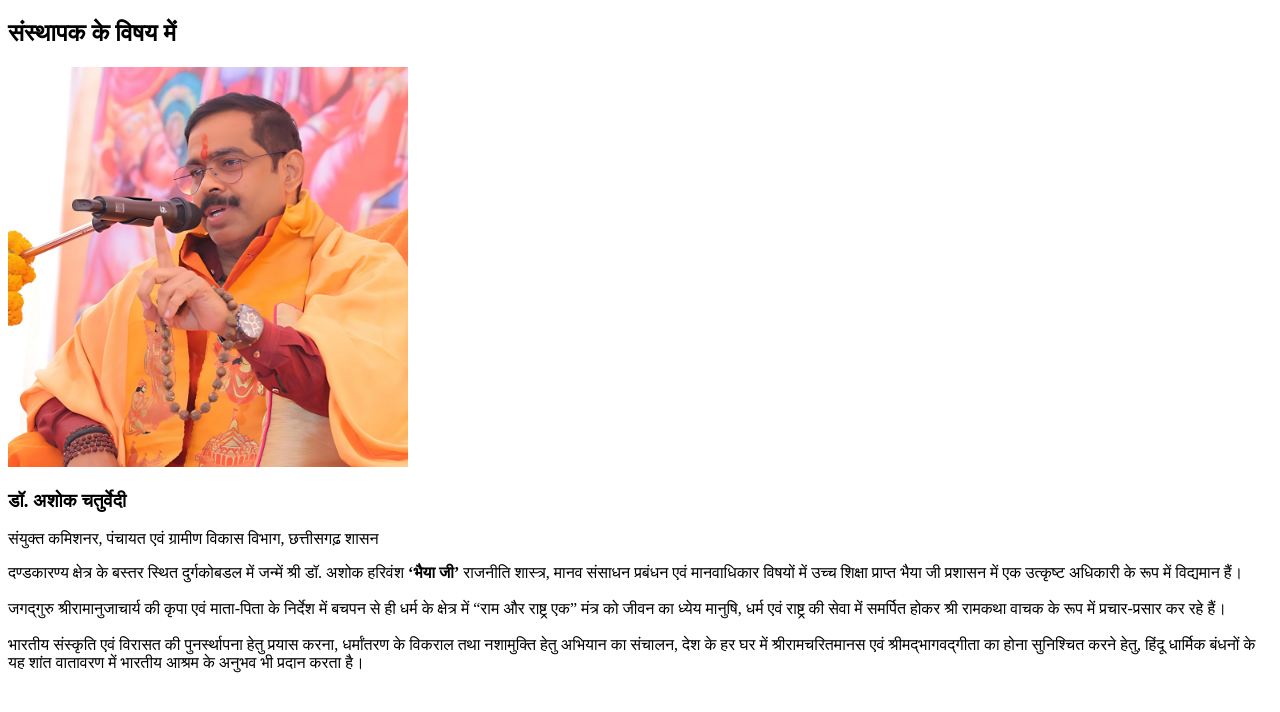
Repository: as-avni/lokmeeram
Page: /founder
The author's editor kept a copy of each file at every save. The page is drawn from the files as they stood at one save, then again after the next save.
The browser window is 1280 px wide. The pictures show the whole page.
The project was rebuilt for these pictures with package versions that can differ from the ones it lists, and the page was loaded fresh each time. The framework's server and built-in components were replaced by stand-ins that run in the browser. Also part of the build but not shown: next.config.ts.

Above is the page before, as saved 2025-06-27 05:46:08.

After the next save:
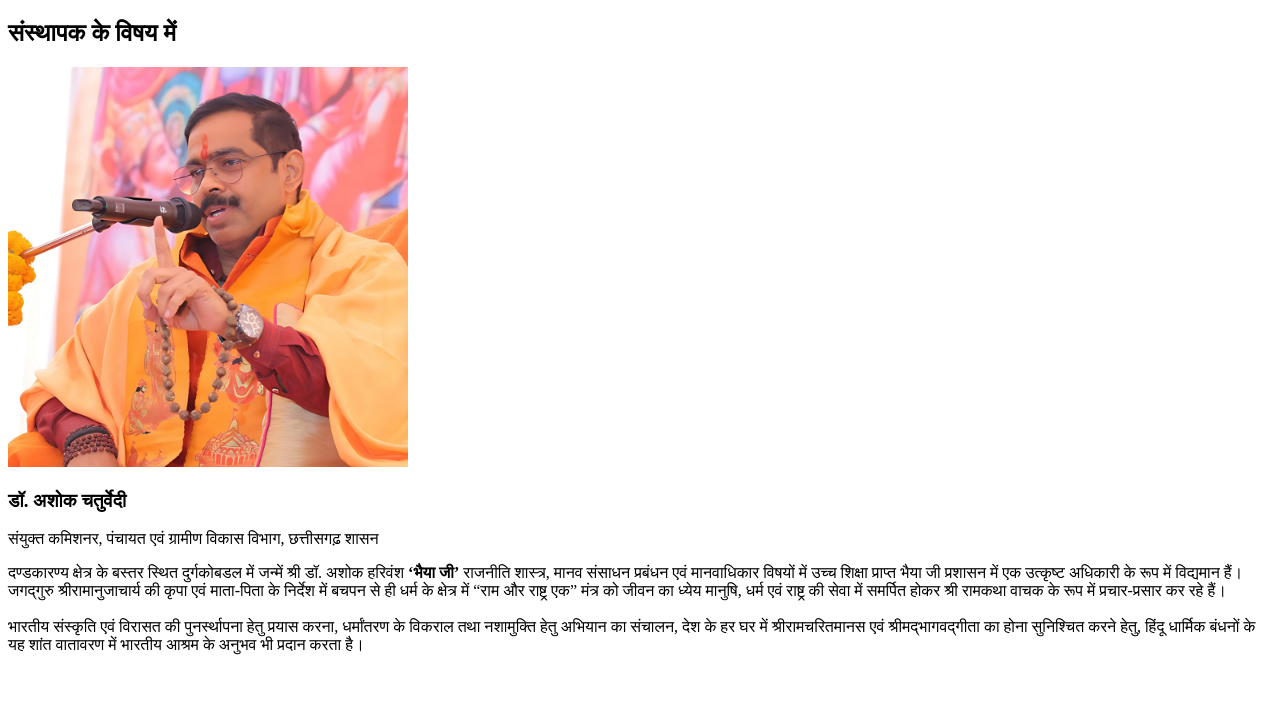
Saved 20 s later.
--- a/src/app/founder/page.tsx
+++ b/src/app/founder/page.tsx
@@ -94,7 +94,6 @@ export default function Founders() {
                         <p className="text-xl text-gray-500 text-justify">
                             दण्डकारण्य क्षेत्र के बस्तर स्थित दुर्गकोबडल में जन्में श्री डॉ. अशोक हरिवंश <strong>‘भैया जी’</strong> राजनीति शास्त्र, मानव संसाधन प्रबंधन एवं मानवाधिकार विषयों में उच्च शिक्षा प्राप्त भैया जी प्रशासन में एक उत्कृष्ट अधिकारी के रूप में विद्यमान हैं।
 
-                            <br /><br />
                             जगद्गुरु श्रीरामानुजाचार्य की कृपा एवं माता-पिता के निर्देश में बचपन से ही धर्म के क्षेत्र में “राम और राष्ट्र एक” मंत्र को जीवन का ध्येय मानुषि, धर्म एवं राष्ट्र की सेवा में समर्पित होकर श्री रामकथा वाचक के रूप में प्रचार-प्रसार कर रहे हैं।
 
                             <br /><br />
